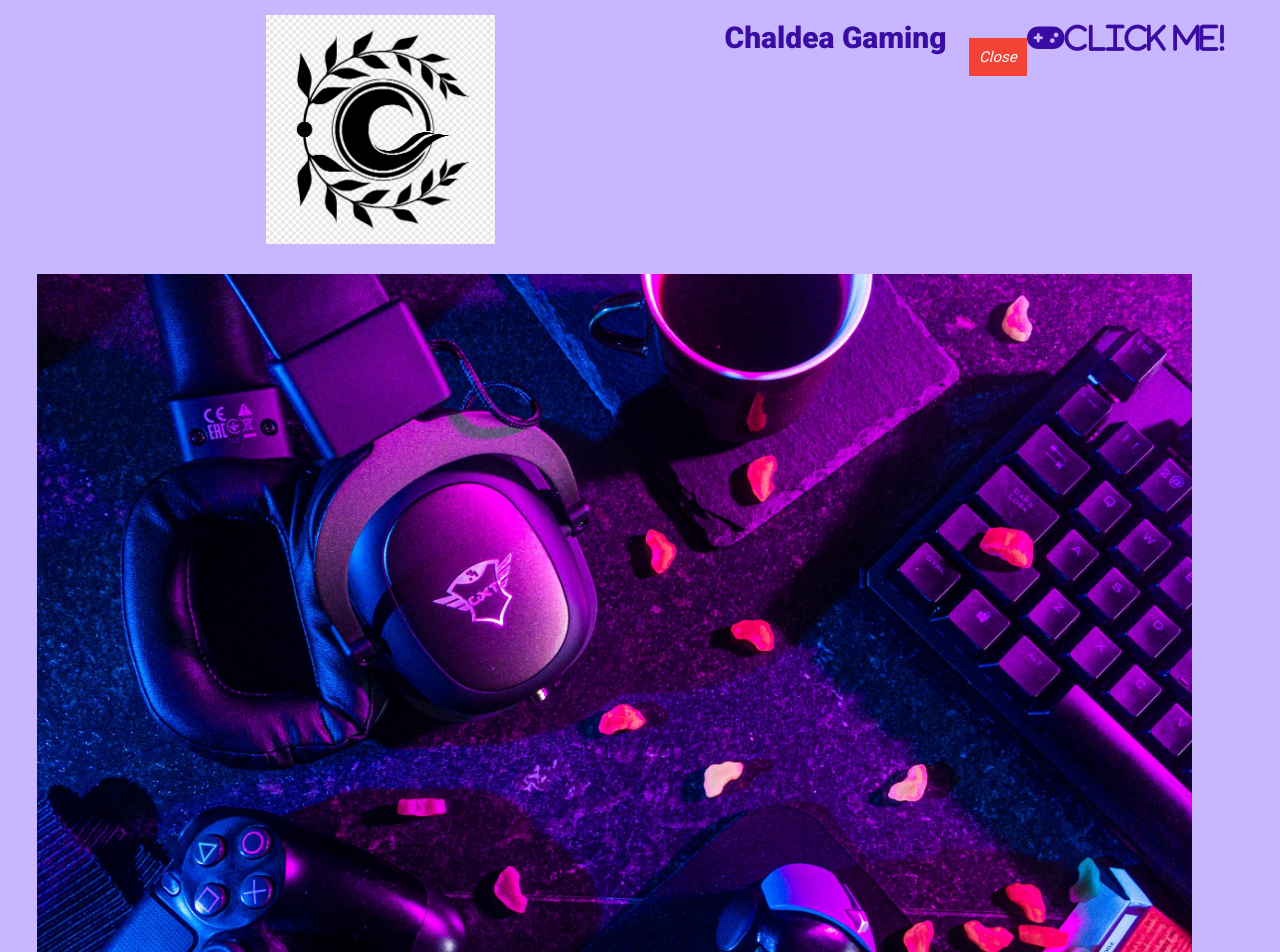
Repository: NyleNC/School-Projects
Page: Hmtl and CSS project/Contact.html
An editor plug-in stored every save of this project. The page is shown before and after the next save, followed by the edit.
The browser window is 1280 px wide. The pictures show the part of the page from y = 0 to 952 px (the page is 2041 px tall before and 2055 px after).
A picture or video elsewhere on the page could not be fetched, so the positions and the page height are approximate. Some web libraries are served in a nearby version.

Above is the page before, as saved 2025-01-05 14:34:38.

After the next save:
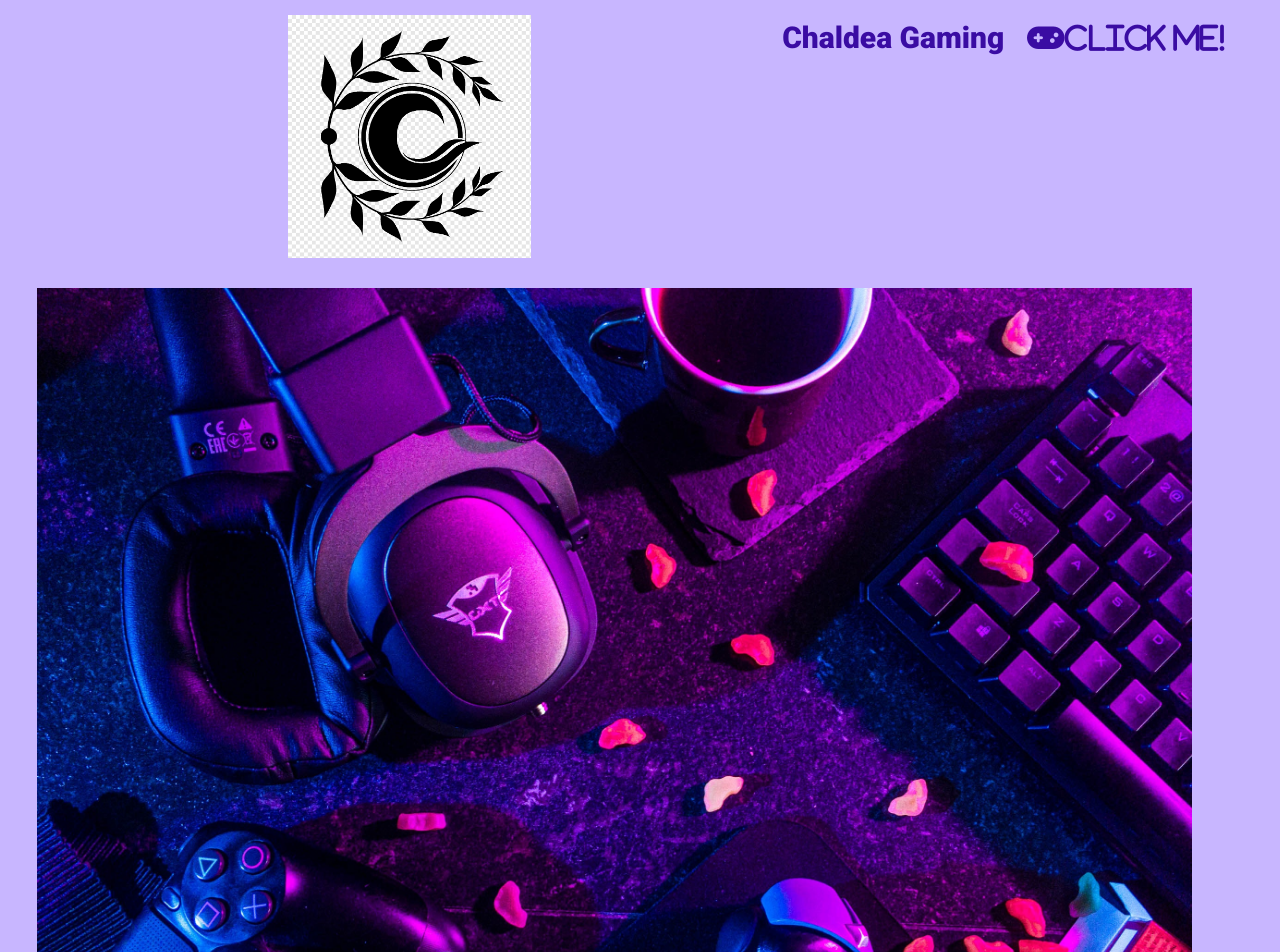
Saved 27 s later.
--- a/Hmtl and CSS project/Style.css
+++ b/Hmtl and CSS project/Style.css
@@ -66,7 +66,7 @@
 }
 
 #close-btn {
-    background-color: #f44336; /* Red color */
+    background-color: #f44336;
     color: white;
     border: none;
     padding: 10px;
@@ -74,8 +74,12 @@
 }
 
 #close-btn:hover {
-    background-color: #d32f2f; /* Darker red on hover */
-}
+    background-color: #d32f2f;
+}
+.hidden {
+    display: none;
+}
+
 
 .main-nav i {
     transition: opacity 0.3s ease-in-out;

After the 3 saves that followed:
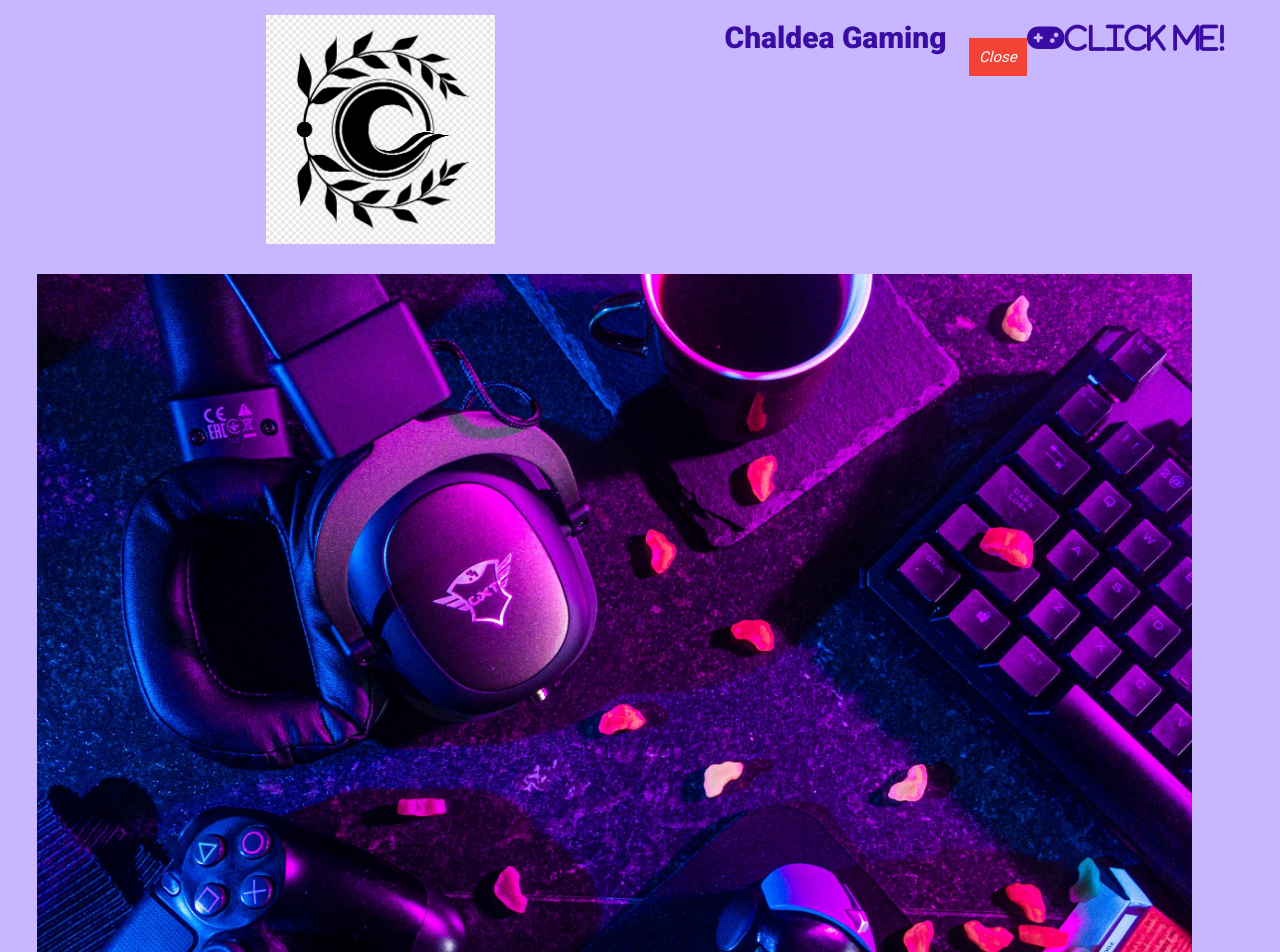
The 3 saves are shown as one change because 2 left the picture as it was.
The last was saved 2 min 39 s later.
--- a/Hmtl and CSS project/Style.css
+++ b/Hmtl and CSS project/Style.css
@@ -72,11 +72,13 @@
     padding: 10px;
     cursor: pointer;
 }
-
+#nav-toggle li .hidden{
+    display: none;
+}
 #close-btn:hover {
     background-color: #d32f2f;
 }
-.hidden {
+#close-btn li .hidden {
     display: none;
 }
 
